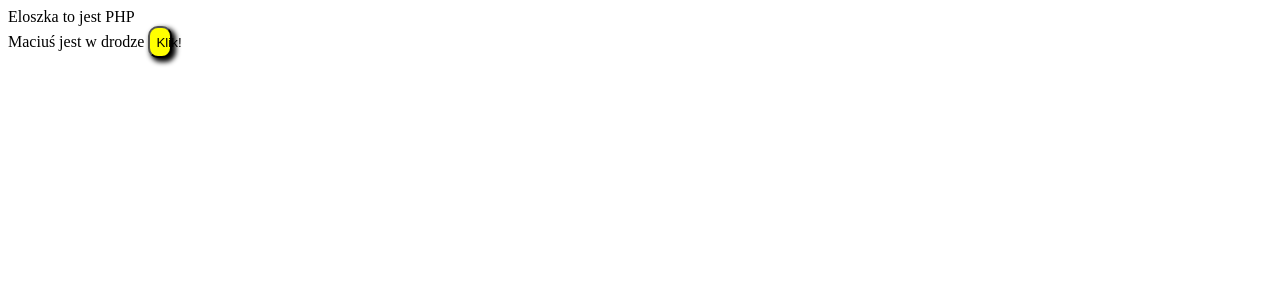
Repository: Nowacki97PL/PHPyt
Page: http://localhost/
The author's editor kept a copy of each file at every save. The page is drawn from the files as they stood at one save, then again after a run of saves.
The browser window is 1280 px wide. The pictures show the whole page.
The page is run by PHP 8.4 with error messages shown; the project is at /var/www/html/.

Above is the page before, as saved 2024-10-05 23:01:35.

### index.php
<?php
echo "Eloszka to jest PHP<br>";
echo "Maciuś jest w drodze";

// This is a comment

/*
This
is a
commnet */

?>

<!DOCTYPE html>
<html lang="pl">
<head>
    <meta charset="UTF-8">
    <meta name="viewport" content="width=device-width, initial-scale=1.0">
    <title>PHP Practice</title>
    <link rel="stylesheet" href="index.css"
</head>
<body>
    <button class="btn">Klik!</button>
</body>
</html>

### index.css
.btn {
    font-family: Arial, Helvetica, sans-serif;
    border-radius: 10px;
    background-color: yellow;
    box-shadow: 3px 3px 5px 1px;
    height: 2rem;
    width: 1.5rem;
}

After the next 2 saves:
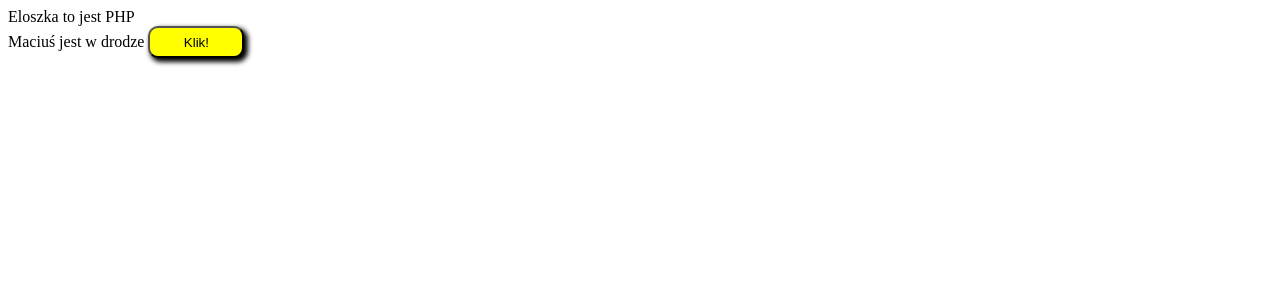
The 2 saves are shown as one change because they came seconds apart.
The last was saved 11 s later.
--- a/index.css
+++ b/index.css
@@ -4,5 +4,5 @@
     background-color: yellow;
     box-shadow: 3px 3px 5px 1px;
     height: 2rem;
-    width: 1.5rem;
+    width: 6rem;
 }
